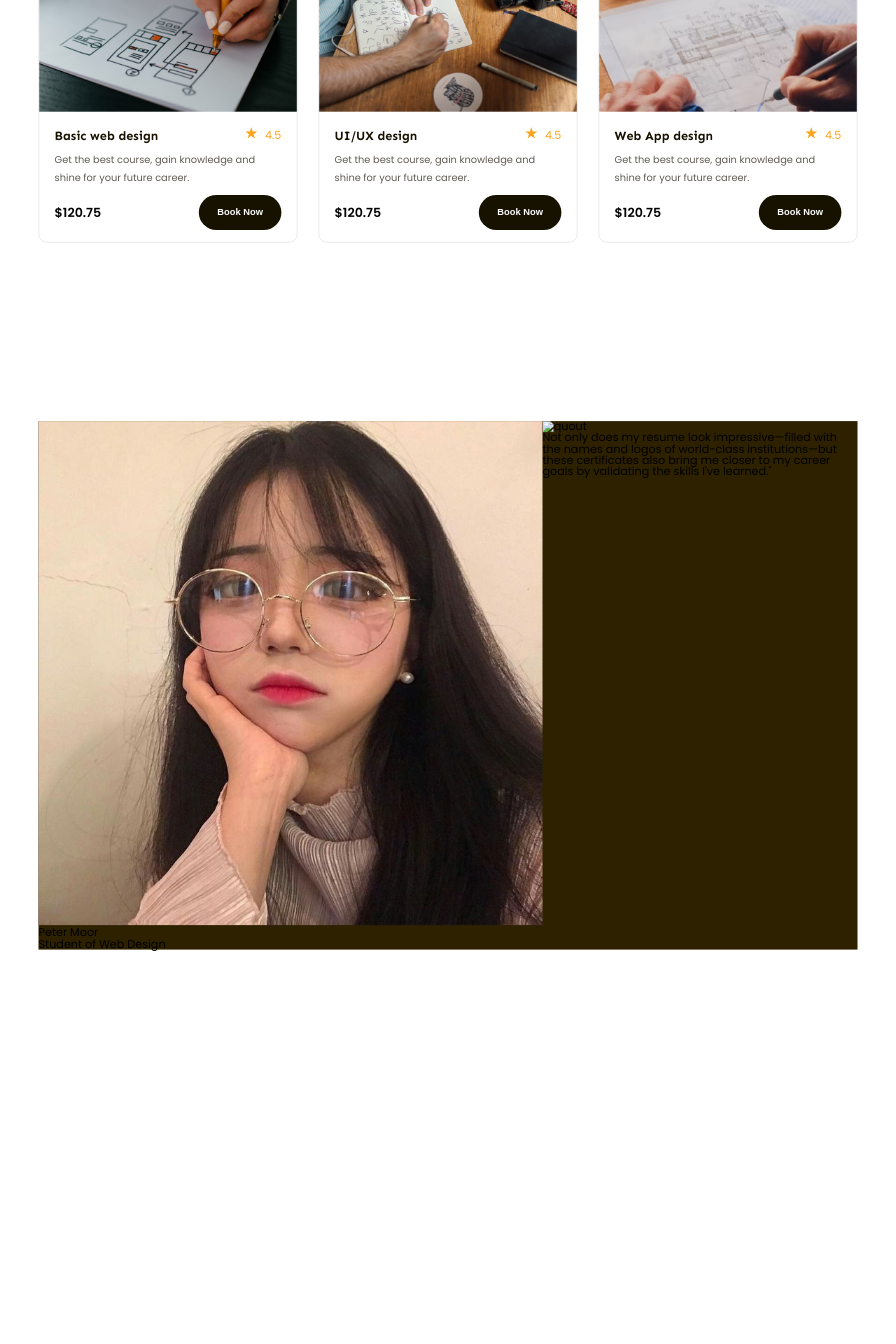
Repository: Toihoclaptrinh/duan1_figma
Page: index.html
An editor plug-in stored every save of this project. The page is shown before and after the next save, followed by the edit.
The browser window is 1280 px wide. The pictures show the part of the page from y = 1402 to 3322 px (the page is 10000 px tall), at 70% of full size.

Above is the page before, as saved 2024-02-09 23:17:17.

After the next save:
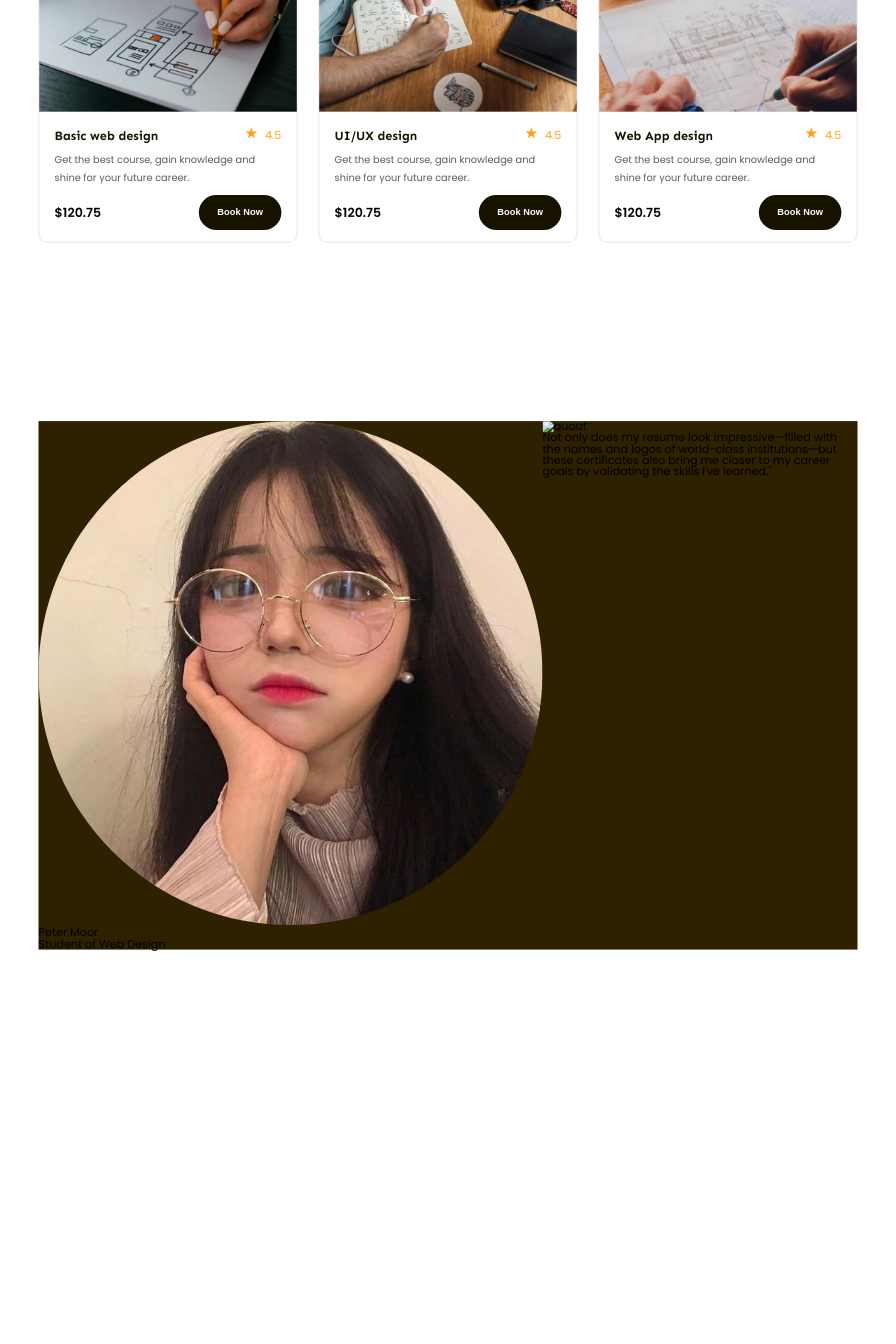
Saved 6 s later.
--- a/assets/css/style.css
+++ b/assets/css/style.css
@@ -415,6 +415,6 @@ a {
   display: flex;
 }
 
-.feedback .info {
+.feedback .info .avatar {
   border-radius: 999px;
 }
